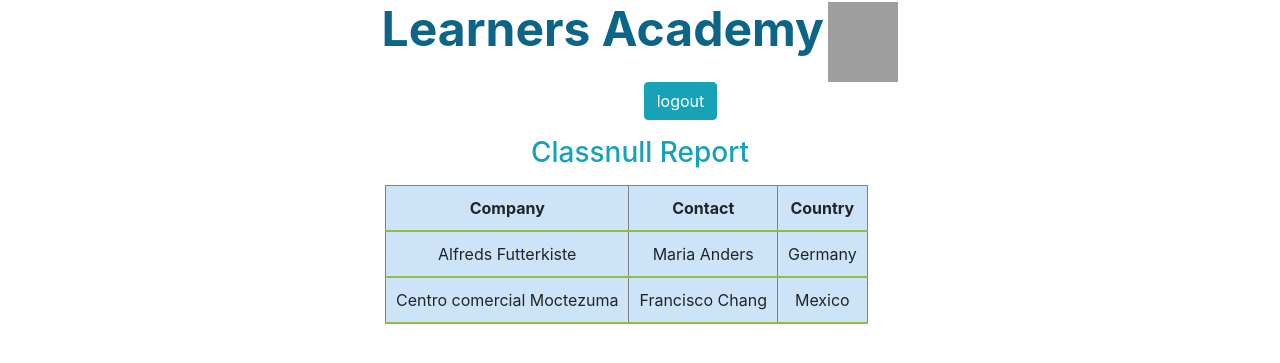
Repository: sindurup/Phase2Project
Page: http://localhost/LearnersAcademyPro/classReport.jsp
These files come from the project's save history. The page is drawn as it stood at one moment and after the next save; the edit follows.
The browser window is 1280 px wide. The pictures show the whole page.
Pictures or frames that could not be fetched are drawn as grey boxes. Some web libraries are served in a nearby version. The page is served by Tomcat 9. Other server files are loaded and not shown.

Above is the page before, as saved 2021-09-29 04:20:10.
Console error: TypeError: Cannot read properties of undefined (reading 'fn')

### LearnersAcademyPro/src/main/webapp/classReport.jsp
<%@ page language="java" contentType="text/html; charset=ISO-8859-1"
    pageEncoding="ISO-8859-1"%>
<!DOCTYPE html>


<html>
<link href="//maxcdn.bootstrapcdn.com/bootstrap/4.1.1/css/bootstrap.min.css" rel="stylesheet" id="bootstrap-css">
<script src="//maxcdn.bootstrapcdn.com/bootstrap/4.1.1/js/bootstrap.min.js"></script>
<script src="//cdnjs.cloudflare.com/ajax/libs/jquery/3.2.1/jquery.min.js"></script>

<head>
<meta charset="ISO-8859-1">
<title>Learners Academy</title>
<style>
      table {
        border-collapse: collapse;
      }
      td,
      th {
        padding: 10px;
        border-bottom: 2px solid #8ebf42;
        text-align: center;
        background-color: #cde3f7;
      }
    </style>
</head>
<body>

<div align="center"><label ><h1 class="text-center text-info"><font color="0C6486" size="50px"><b>Learners Academy</b></font></h1></label>
 <img src="D:\Phase2Project\LearnersAcademyPro\1.png" style="width:70px;height:80px;" align="middle"></div>
   <div class="form-group" align="center" >
   <form id="logout" class="form" action="logout" method="post">

    &nbsp;&nbsp;&nbsp;&nbsp;&nbsp;&nbsp;&nbsp;&nbsp;&nbsp;&nbsp;&nbsp;&nbsp;&nbsp;&nbsp;&nbsp;&nbsp;&nbsp; <input type="submit" name="submit" class="btn btn-info btn-md" value="logout">
    </form>
                            </div>
    <div id="login">
      <h3 class="text-center text-info">Class<%=request.getParameter("cls") %> Report</h3>

        <div class="container">

            <div id="login-row" class="row justify-content-center align-items-center">
                <div id="login-column" class="col-md-6">
                    <div id="login-box" class="col-md-12">



                     <form id="clsReport" class="form" action=""  name="clsReport" >
                            <h3 class="text-info"></h3>
                            <div class="form-group">


                             <table border="1" background-color="#ceeced">
  <tr background-color="#ceeced">
    <th>Company</th>
    <th>Contact</th>
    <th>Country</th>
  </tr>
  <tr>
    <td>Alfreds Futterkiste</td>
    <td>Maria Anders</td>
    <td>Germany</td>
  </tr>
  <tr>
    <td>Centro comercial Moctezuma</td>
    <td>Francisco Chang</td>
    <td>Mexico</td>
  </tr>
</table>

                            </div>

                            <div class="form-group">


                            </div>

                        </form>



                    </div>
                </div>
            </div>
        </div>
    </div>
</body>
</html>

After the next save:
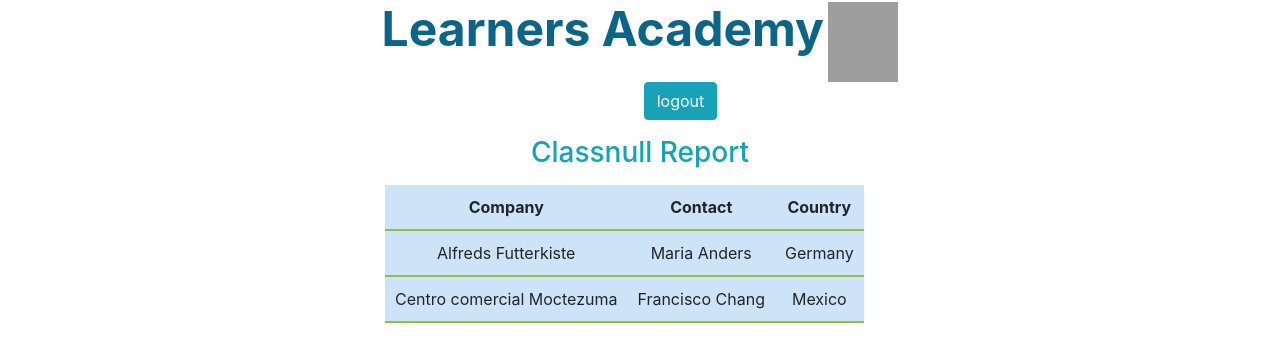
Saved 50 s later.
--- a/LearnersAcademyPro/src/main/webapp/classReport.jsp
+++ b/LearnersAcademyPro/src/main/webapp/classReport.jsp
@@ -50,8 +50,8 @@
                             <div class="form-group">
 
 
-                             <table border="1" background-color="#ceeced">
-  <tr background-color="#ceeced">
+                             <table>
+  <tr >
     <th>Company</th>
     <th>Contact</th>
     <th>Country</th>
